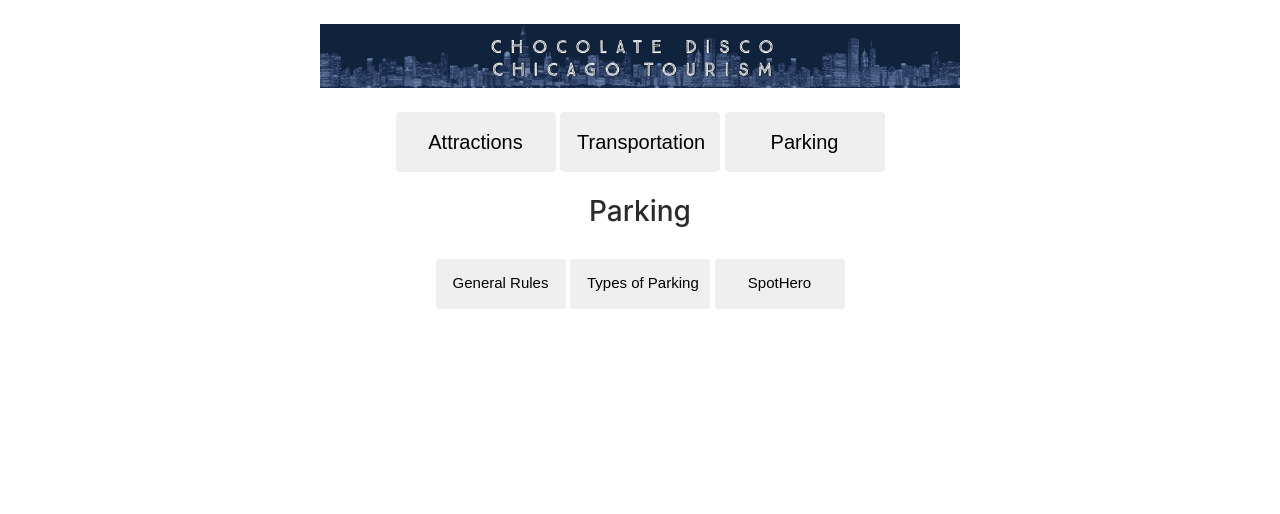
Repository: rkodit2/cs422project
Page: parking.html
An editor plug-in stored every save of this project. The page is shown before and after the next save, followed by the edit.
The browser window is 1280 px wide. The pictures show the whole page.

Above is the page before, as saved 2021-11-03 19:55:12.

### parking.html
<!DOCTYPE html>
<html>
    <head>
        <title>Chocolate Disco Chicago Tourism</title>
        <link rel="stylesheet" href=
        "https://maxcdn.bootstrapcdn.com/bootstrap/4.0.0-alpha.6/css/bootstrap.css">
        <link rel="stylesheet" href="homepage.css">

    </head>
    <body>

        <br>
        <div id="banner">
          <img src="pictures/banner3.jpg" alt="mainpage banner" class = "center" onclick="location.href='homepage.html';">
        </div>

         <br>
        <div class= "button-center">
            <button type ="button" id="Attractions" class="btn" onclick="location.href='attractions.html';" style="width: 160px; height: 60px; font-size: 20px;"> Attractions </button>
            <button type ="button" id="Transportation" class="btn" onclick="location.href='transportation.html';" style="width: 160px; height: 60px; font-size: 20px"> Transportation </button>
            <button type ="button" id="Parking" class="btn" onclick="location.href='parking.html';" style="width: 160px; height: 60px; font-size: 20px;"> Parking </button>
        </div>
        <br>
        <h3 style="text-align: center;"> Parking </h2>
        <br>

        <div class= "button-center">
                <button type ="button" id="Attractions" class="btn" onclick="location.href='#';" style="width: 130px; height: 50px; font-size: 15px;"> General Rules </button>
                <button type ="button" id="Transportation" class="btn" onclick="location.href='#';" style="width: 140px; height: 50px; font-size: 15px"> Types of Parking </button>
                <button type ="button" id="Parking" class="btn" onclick="location.href='#';" style="width: 130px; height: 50px; font-size: 15px;"> SpotHero </button>
            </div>

    </body>
</html>

### homepage.css
.button-center {
    text-align: center;
  }

.viewMore {
    display: flex;
    vertical-align: middle;
}
.center {
  display: block;
  margin-left: auto;
  margin-right: auto;
  width: 50%;
}
.gmap{
  display: flex;
  vertical-align: middle;
}

After the next save:
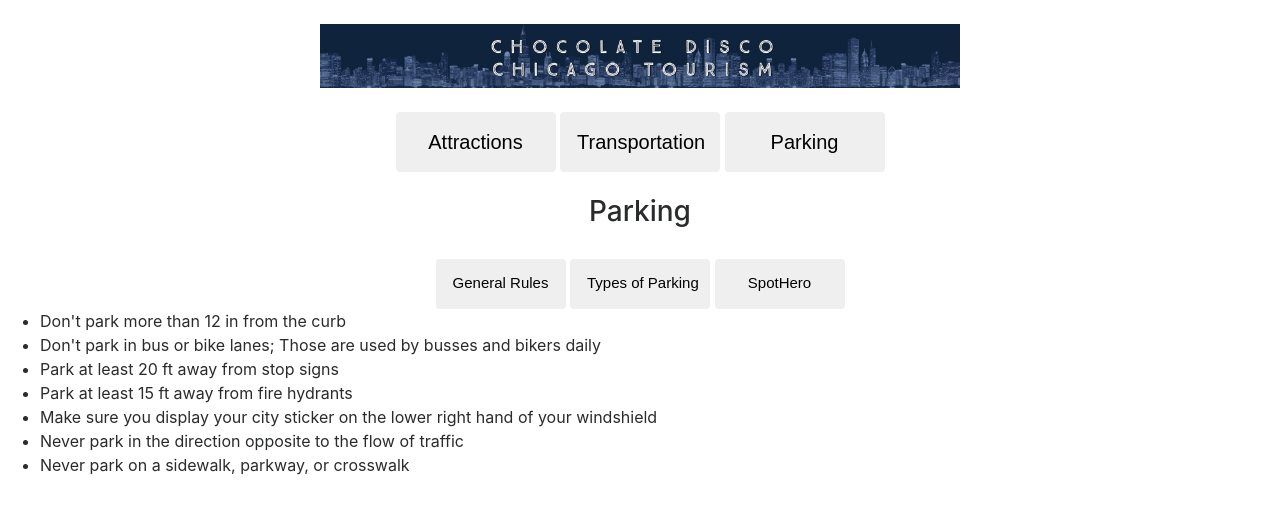
Saved 3 min 3 s later.
--- a/parking.html
+++ b/parking.html
@@ -30,5 +30,21 @@
                 <button type ="button" id="Parking" class="btn" onclick="location.href='#';" style="width: 130px; height: 50px; font-size: 15px;"> SpotHero </button>
             </div>
 
+            <ul>
+                <li>Don't park more than 12 in from the curb</li>
+
+                <li>Don't park in bus or bike lanes; Those are used by busses and bikers daily</li>
+
+                <li>Park at least 20 ft away from stop signs</li>
+
+                <li>Park at least 15 ft away from fire hydrants </li>
+
+                <li>Make sure you display your city sticker on the lower right hand of your windshield</li>
+
+                <li>Never park in the direction opposite to the flow of traffic</li>
+
+                <li>Never park on a sidewalk, parkway, or crosswalk</li>
+            </ul>
+
     </body>
 </html>
